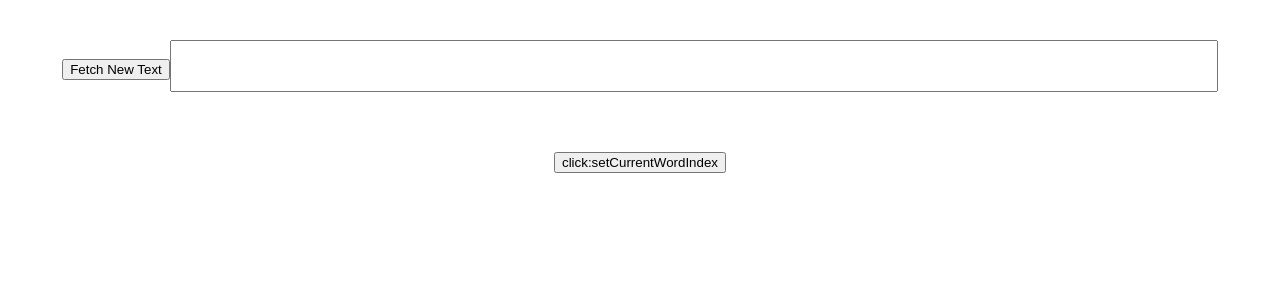
Repository: abhaysharma20233009/swiftKey
Page: / (app in frontend/my-app/)
These files come from the project's save history. The page is drawn as it stood at one moment and after the next save; the edit follows.
The browser window is 1280 px wide. The pictures show the whole page.
The page's requests for data from a server got no answer. The project was rebuilt for these pictures with package versions that can differ from the ones it lists, and the page was loaded fresh each time. No one was signed in, and anything a server would have sent is missing. Also part of the build but not shown: frontend/my-app/src/App.css.

Above is the page before, as saved 2024-10-09 18:04:23.

### frontend/my-app/src/App.js
import React, { useState, useEffect } from 'react';
import './App.css';

function App() {
    const [message, setMessage] = useState('');
    const [inputValue, setInputValue] = useState('');
    const [currentWordIndex, setCurrentWordIndex] = useState(0);

    const fetchMessages = async () => {
        try {
            const response = await fetch('http://localhost:7000/random-paragraph');
            const data = await response.json();
            setMessage(data); // Assume data is a string paragraph
            setInputValue(''); // Clear the input field
            setCurrentWordIndex(0); // Reset the current word index
        } catch (error) {
            console.error('Error fetching messages:', error);
        }
    };

    useEffect(() => {
        fetchMessages();
    }, []);

    const handleInputChange = (e) => {
        const value = e.target.value;
        setInputValue(value);

        const words = message.split(' ');
        const currentWord = words[currentWordIndex];

        // Check if the typed characters match the current word
        if (currentWord.startsWith(value.trim())) {
            if (value.trim() === currentWord) {
                setCurrentWordIndex((prevIndex) => prevIndex + 1);
                setInputValue(''); // Clear the input field
            }
        }
    };

    const words = message.split(' ');
    const currentWord = words[currentWordIndex] || '';

    return (
        <div style={{ textAlign: 'center', marginTop: '20px' }}>
            <button onClick={fetchMessages}>Fetch New Text</button>
            <input
                type="text"
                value={inputValue}
                onChange={handleInputChange}
                style={{
                    fontSize: '24px',
                    width: '80%',
                    padding: '10px',
                    margin: '20px 0',
                }}
                placeholder={currentWord.slice(inputValue.length)} // Show remaining characters
            />
            <div style={{ fontSize: '24px', marginTop: '10px' }}>
                {words.map((word, index) => (
                    <span
                        key={index}
                        style={{
                            padding: '0 5px',
                            color: index === currentWordIndex ? 'blue' : 'black',
                            textDecoration: index < currentWordIndex ? 'line-through' : 'none',
                        }}
                    >
                        {word}
                    </span>
                ))}
            </div>
            <button >click:setCurrentWordIndex</button>
        </div>
    );
}

export default App;

Loaded but not shown: frontend/my-app/public/index.html (common file); frontend/my-app/src/index.js (common file); frontend/my-app/src/index.css (common file); frontend/my-app/src/reportWebVitals.js (common file)

After the next save:
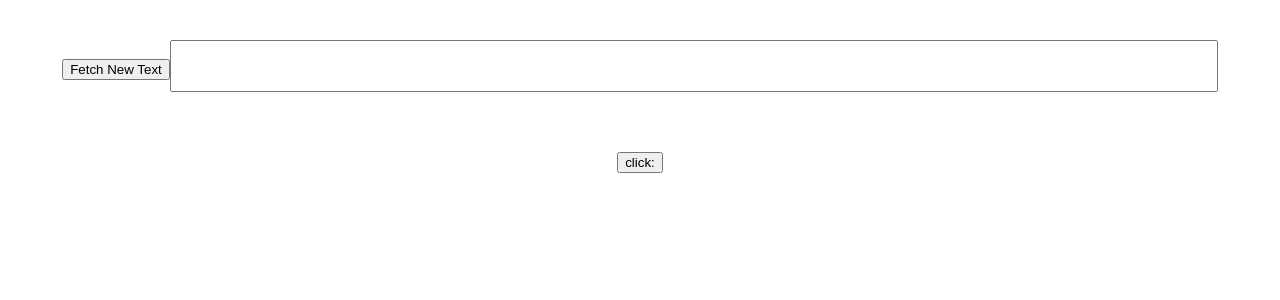
Saved 25 s later.
--- a/frontend/my-app/src/App.js
+++ b/frontend/my-app/src/App.js
@@ -70,7 +70,7 @@ function App() {
                     </span>
                 ))}
             </div>
-            <button >click:setCurrentWordIndex</button>
+            <button >click:{setCurrentWordIndex}</button>
         </div>
     );
 }
